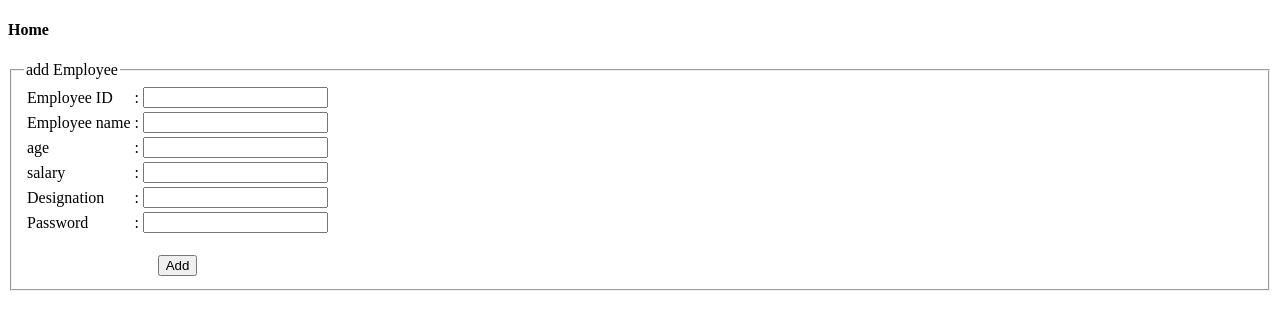
Repository: MamathaManchala/TY_CG_HTD_BangloreNovember_JFS_MamathaManchala
Page: http://localhost/mywebapp/addEmp.jsp
These files come from the project's save history. The page is drawn as it stood at one moment and after the next save; the edit follows.
The browser window is 1280 px wide. The pictures show the whole page.
The page is served by Tomcat 9. Other server files are loaded and not shown.

Above is the page before, as saved 2019-12-18 07:12:27.

### BackEnd/servelets/mywebapp/src/main/webapp/addEmp.jsp
<%@ page language="java" contentType="text/html; charset=ISO-8859-1"
	pageEncoding="ISO-8859-1"%>

	<%@ page session ="false" %>
	<%String msg = (String) request.getAttribute("msg"); %>


<!DOCTYPE html>
<html>
<head>
<meta charset="ISO-8859-1">
<title>Insert title here</title>
</head>
<body>

<h4 href="./home">Home</h4>


	<fieldset>
		<legend>add Employee</legend>
		<form action="./addEmployee" method="post">
			<table>
				<tr>
					<td>Employee ID</td>
					<td>:</td>
					<td><input type="number" name="empId" required>
				</tr>

				<tr>
					<td>Employee name</td>
					<td>:</td>
					<td><input type="text" name="name" required>
				</tr>

				<tr>
					<td>age</td>
					<td>:</td>
					<td><input type="number" name="age" required>
				</tr>

				<tr>
					<td>salary</td>
					<td>:</td>
					<td><input type="number" name="salary" required>
				</tr>

				<tr>
					<td>Designation</td>
					<td>:</td>
					<td><input type="text" name="designation" required>
				</tr>

				<tr>
					<td>Password</td>
					<td>:</td>
					<td><input type="text" name="password" required>
				</tr>

				<tr>
					<td colspan="3" align="center"><br> <input type="submit"
						value="Add"></td>
				</tr>
			</table>
		</form>
	</fieldset>

<% if(msg != null && !msg.isEmpty()) { %>

<% } %>


</body>
</html>

After the next save:
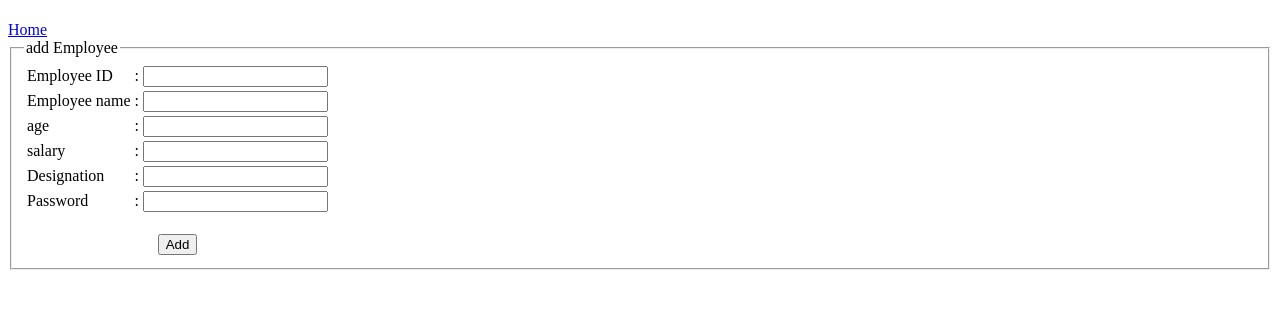
Saved 60 s later.
--- a/BackEnd/servelets/mywebapp/src/main/webapp/addEmp.jsp
+++ b/BackEnd/servelets/mywebapp/src/main/webapp/addEmp.jsp
@@ -13,7 +13,7 @@
 </head>
 <body>
 
-<h4 href="./home">Home</h4>
+<h4></h4><a href="./home">Home</a></h4>
 
 
 	<fieldset>
@@ -65,7 +65,7 @@
 	</fieldset>
 
 <% if(msg != null && !msg.isEmpty()) { %>
-
+<h3 style="color: red;"> </h3>
 <% } %>
 
 
